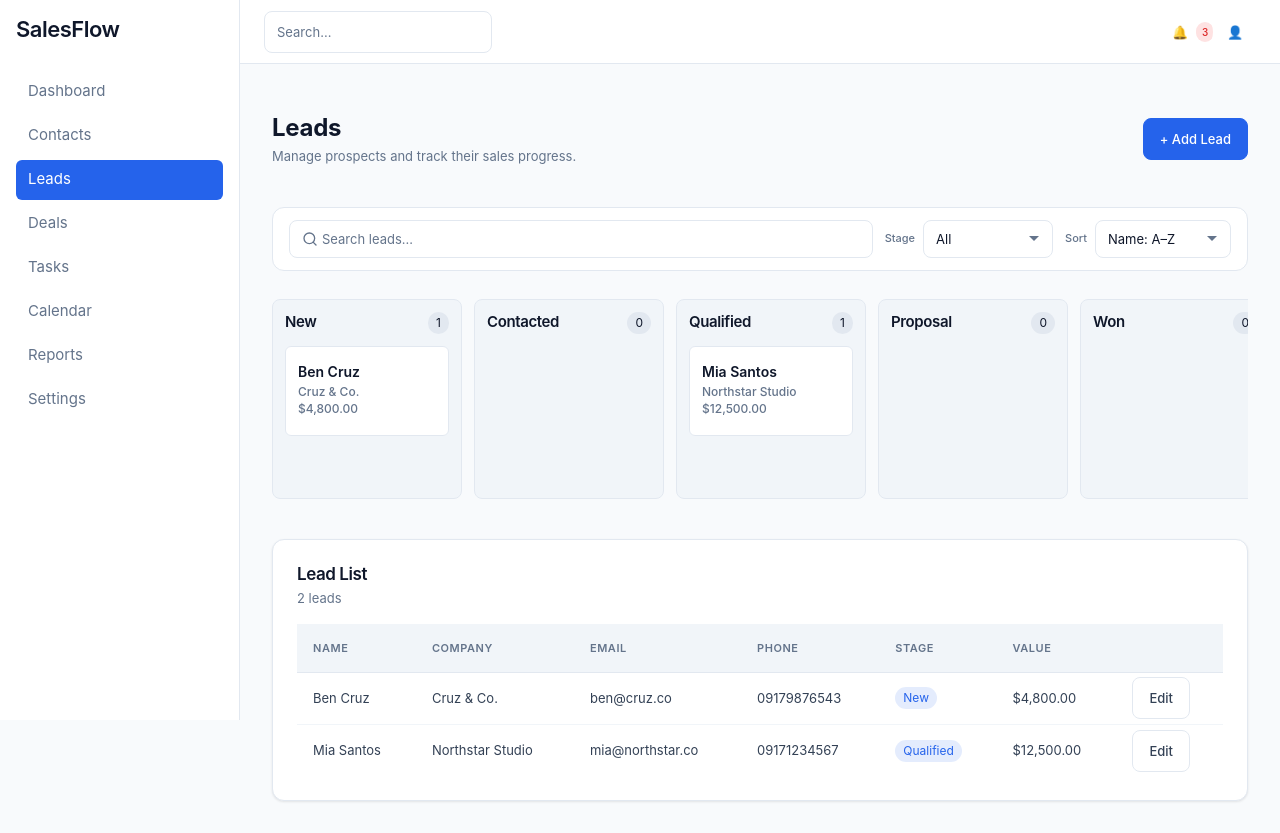
Repository: lawrencegonzaga-dev/salesflow-crm
Page: /leads
These files come from the project's save history. The page is drawn as it stood at one moment and after the next save; the edit follows.
The browser window is 1280 px wide. The pictures show the whole page.
The project was rebuilt for these pictures with package versions that can differ from the ones it lists, and the page was loaded fresh each time. Also part of the build but not shown: vite.config.js, src/components/StatCard.jsx, src/components/DashboardLeads.jsx, src/components/DashboardDeals.jsx, src/components/DashboardTasks.jsx, src/components/RecentActivity.jsx, src/pages/Dashboard.jsx, src/components/ContactForm.jsx and 22 more.

Above is the page before, as saved 2026-08-18 17:16:55.

### index.html
<!doctype html>
<html lang="en">
  <head>
    <meta charset="UTF-8" />
    <link rel="icon" type="image/svg+xml" href="/favicon.svg" />
    <meta name="viewport" content="width=device-width, initial-scale=1.0" />
    <title>salesflow-crm</title>
  </head>
  <body>
    <div id="root"></div>
    <script type="module" src="/src/main.jsx"></script>
  </body>
</html>

### src/main.jsx
/* ========================================================= */
/* FILE: src/main.jsx */
/* ========================================================= */

import { StrictMode } from 'react';
import { createRoot } from 'react-dom/client';

import "./styles/main.css";
import App from './App.jsx';
import { CRMProvider } from "./context/CRMContext.jsx";

createRoot(document.getElementById('root')).render(
    <StrictMode>
        <CRMProvider>
            <App />
        </CRMProvider>
    </StrictMode>,
);

### src/styles/main.css
@import "./reset.css";
@import "./variables.css";
@import "./base.css";
@import "./layout.css";
@import "./utilities.css";

@import "./components/sidebar.css";
@import "./components/header.css";
@import "./components/toolbar.css";
@import "./components/button.css";
@import "./components/form.css";
@import "./components/card.css";
@import "./components/badge.css";
@import "./components/table.css";
@import "./components/modal.css";
@import "./components/kanban.css";
@import "./components/calendar.css";
@import "./components/leads.css";
@import "./components/tab.css";
@import "./components/pagination.css";
@import "./crm.css";

/* main.css */

### src/App.jsx
/* ========================================================= */
/* FILE: src/App.jsx */
/* ========================================================= */

import { BrowserRouter, Routes, Route } from "react-router-dom";

import Dashboard from "./pages/Dashboard";
import Contacts from "./pages/Contacts";
import Leads from "./pages/Leads";
import Deals from "./pages/Deals";
import Tasks from "./pages/Tasks";
import Calendar from "./pages/Calendar";
import Reports from "./pages/Reports";
import Settings from "./pages/Settings";
import AppLayout from "./layouts/AppLayout";

function App() {
    return (
        <BrowserRouter>
            <Routes>
                <Route element={<AppLayout />}>
                    <Route path="/" element={<Dashboard />} />
                    <Route path="/dashboard" element={<Dashboard />} />
                    <Route path="/contacts" element={<Contacts />} />
                    <Route path="/leads" element={<Leads />} />
                    <Route path="/deals" element={<Deals />} />
                    <Route path="/tasks" element={<Tasks />} />
                    <Route path="/calendar" element={<Calendar />} />
                    <Route path="/reports" element={<Reports />} />
                    <Route path="/settings" element={<Settings />} />
                </Route>
            </Routes>
        </BrowserRouter>
    );
}

export default App;

### src/styles/reset.css
*,
*::before,
*::after {
  box-sizing: border-box;
}

html {
  -webkit-text-size-adjust: 100%;
}

body {
  margin: 0;
  background: var(--color-page);
  color: var(--color-text);
  font-family: var(--font-family);
  font-size: 16px;
  line-height: 1.5;

  -webkit-font-smoothing: antialiased;
  text-rendering: optimizeLegibility;
}

#root {
  min-height: 100vh;
}

h1, h2, h3, h4, h5, h6, p {
  margin: 0;
}

img, svg, video {
  display: block;
  max-width: 100%;
}

a {
  color: inherit;
}

### src/styles/utilities.css
.container {
  width: min(100%, var(--content-max-width));
  margin-inline: auto;
}

.visually-hidden {
  position: absolute;
  width: 1px;
  height: 1px;
  padding: 0;
  margin: -1px;
  overflow: hidden;
  clip: rect(0, 0, 0, 0);
  white-space: nowrap;
  border: 0;
}

### src/styles/components/sidebar.css
.app-sidebar {
  width: var(--sidebar-width);
  height: 100vh;

  padding: var(--sidebar-padding);

  display: flex;
  flex-direction: column;

  background: var(--color-surface);
  border-right: 1px solid var(--color-border);
  color: var(--color-text);
}

.app-sidebar h2 {
  margin: 0 0 28px;
  font-size: 22px;
  letter-spacing: -.5px;
}

.sidebar-nav {
  display: flex;
  flex-direction: column;
  gap: 4px;

  overflow-y: auto;
}

.sidebar-nav_item {
  min-height: var(--nav-item-height);

  display: flex;
  align-items: center;

  padding: var(--nav-item-padding);
  gap: var(--nav-item-gap);

  color: var(--color-text-muted);
  text-decoration: none;
  border-radius: var(--radius-sm);

  transition: background var(--transition-fast), color var(--transition-fast);
}

.sidebar-nav_item:hover {
  background: var(--color-surface-muted);
  color: var(--color-text);
}

.sidebar-nav_item.active {
  background: var(--color-action);
  color: white;
}

### src/styles/components/header.css
.app-header {
  height: var(--header-height);

  display: flex;
  align-items: center;
  justify-content: space-between;

  padding: var(--header-padding);

  background: var(--color-surface);
  border-bottom: 1px solid var(--color-border);
  color: var(--color-text);
}

.app-header_left,
.app-header_right {
  display: flex;
  align-items: center;
  gap: var(--header-item-gap);
}

.menu-button {
  display: none;
}

@media (max-width: 768px) {
  .app-header {
    padding: 0 16px;
  }

  .app-header_right {
    display: none;
  }

  .menu-button {
    display: inline-grid;
    width: 40px;
    height: 40px;
    place-items: center;
    padding: 0;
    font-size: 20px;
    border-radius: var(--radius-sm);
  }
}
/* header.css */

### src/styles/components/toolbar.css
/* ========================================================= */
/* FILE: src/styles/components/toolbar.css */
/* ========================================================= */

.toolbar {
  display: flex;
  flex-wrap: wrap;
  align-items: center;
  gap: var(--space-3);
  padding: var(--space-3) var(--space-4);
  background: var(--color-surface);
  border: 1px solid var(--color-border);
  border-radius: var(--radius-lg);
}

.toolbar .search-field {
  flex: 1 1 260px;
  min-width: 160px;
}

.toolbar .search-field input {
  min-height: 38px;
  height: 38px;
  padding-left: var(--space-8);
  background-image: url("data:[embedded picture, 278 characters]");
  background-repeat: no-repeat;
  background-position: var(--space-3) center;
  background-size: 16px;
}

.toolbar .filter-group {
  display: flex;
  align-items: center;
  gap: var(--space-2);
}

.toolbar .filter-group label {
  font-size: var(--text-xs);
  font-weight: var(--font-weight-medium);
  color: var(--color-text-muted);
  white-space: nowrap;
}

.toolbar select {
  min-height: 38px;
  height: 38px;
  min-width: 130px;
}

/* ================================
   TOOLBAR VARIANTS
   ================================ */

.toolbar--compact {
  padding: var(--space-2) var(--space-3);
  gap: var(--space-2);
}

.toolbar--compact select {
  min-height: 34px;
  height: 34px;
  min-width: 110px;
  font-size: var(--text-xs);
}

.toolbar--compact .search-field input {
  min-height: 34px;
  height: 34px;
  font-size: var(--text-xs);
}

/* ================================
   PAGE TOOLBAR
   ================================ */

.page-toolbar {
  display: flex;
  align-items: center;
  justify-content: space-between;
  gap: var(--space-4);
  flex-wrap: wrap;
}

.page-toolbar-left,
.page-toolbar-right {
  display: flex;
  align-items: center;
  gap: var(--space-3);
  flex-wrap: wrap;
}

/* ================================
   RESPONSIVE
   ================================ */

@media (max-width: 768px) {
  .toolbar {
    flex-direction: column;
    align-items: stretch;
  }

  .toolbar .search-field {
    flex: 1 1 auto;
    min-width: auto;
  }

  .toolbar .filter-group {
    flex-wrap: wrap;
  }

  .toolbar select {
    flex: 1 1 auto;
    min-width: auto;
  }

  .page-toolbar {
    flex-direction: column;
    align-items: stretch;
  }

  .page-toolbar-left,
  .page-toolbar-right {
    flex-wrap: wrap;
  }
}

/* toolbar.css */

### src/styles/components/badge.css
/* ========================================================= */
/* FILE: src/styles/components/badge.css */
/* ========================================================= */

.badge {
  display: inline-flex;
  align-items: center;
  gap: var(--space-1);
  min-height: 24px;
  padding: 0 var(--space-2-5);
  font-size: var(--text-xs);
  font-weight: var(--font-weight-medium);
  line-height: 1;
  border-radius: var(--radius-full);
  white-space: nowrap;
  transition: all var(--transition-fast);
}

/* ================================
   BADGE VARIANTS
   ================================ */

.badge--primary {
  color: var(--color-action);
  background: var(--color-action-light);
}

.badge--success {
  color: var(--color-success);
  background: var(--color-success-light);
}

.badge--warning {
  color: var(--color-warning);
  background: var(--color-warning-light);
}

.badge--danger {
  color: var(--color-danger);
  background: var(--color-danger-light);
}

.badge--info {
  color: var(--color-info);
  background: var(--color-info-light);
}

.badge--neutral {
  color: var(--color-text-muted);
  background: var(--color-surface-muted);
}

.badge--dark {
  color: var(--color-text-inverse);
  background: var(--color-text);
}

/* ================================
   BADGE SIZES
   ================================ */

.badge--sm {
  min-height: 20px;
  padding: 0 var(--space-1-5);
  font-size: 10px;
}

.badge--lg {
  min-height: 28px;
  padding: 0 var(--space-3-5);
  font-size: var(--text-sm);
}

/* ================================
   DOT BADGE
   ================================ */

.badge--dot {
  padding-left: var(--space-1-5);
}

.badge--dot::before {
  content: "";
  display: inline-block;
  width: 6px;
  height: 6px;
  border-radius: 50%;
  margin-right: var(--space-1);
}

.badge--primary.badge--dot::before {
  background: var(--color-action);
}

.badge--success.badge--dot::before {
  background: var(--color-success);
}

.badge--warning.badge--dot::before {
  background: var(--color-warning);
}

.badge--danger.badge--dot::before {
  background: var(--color-danger);
}

/* ================================
   BADGE WITH COUNT
   ================================ */

.badge--count {
  min-width: 24px;
  justify-content: center;
  padding: 0 var(--space-1-5);
  border-radius: var(--radius-full);
  font-size: var(--text-xs);
  font-weight: var(--font-weight-bold);
}

/* badge.css */

### src/styles/components/calendar.css
.calendar {
  width: 100%;
  min-width: 700px;
  border: 1px solid var(--color-border);
  border-radius: var(--radius-md);
  overflow: hidden;
}

.calendar_header {
  min-height: 48px;
  display: grid;
  grid-template-columns: repeat(7, 1fr);

  border: 1px solid var(--color-border);
}

.calendar_day-name {
  min-height: 48px;

  display: flex;
  align-items: center;
  justify-content: center;

  padding-inline: 8px;

  font-size: 12px;
  font-weight: 600;
  color: var(--color-text-muted);
}

.calendar_grid {
  display: grid;
  grid-template-columns: repeat(7, 1fr);
}

.calendar_day {
  min-height: 100px;
  padding: 8px;

  border-right: 1px solid var(--color-border);
  border-left: 1px solid var(--color-border);
  border-bottom: 1px solid var(--color-border);

  transition: background var(--transition-fast);
}

.calendar_day:hover {
  background: var(--color-surface-muted);
}

.calendar_date {
  font-size: 14px;
}

.calendar-toolbar {
  display: flex;
  align-items: center;
  justify-content: space-between;
  gap: 16px;
}

.calendar-toolbar__actions {
  display: flex;
  flex-wrap: wrap;
  align-items: center;
  gap: 8px;
}

.calendar-month {
  min-width: 150px;
  text-align: center;
}

.calendar_day--outside {
  background: var(--color-surface-muted);
  color: var(--color-text-muted);
}

.calendar_day--today .calendar_date {
  display: inline-grid;
  width: 24px;
  height: 24px;
  place-items: center;
  color: #fff;
  background: var(--color-action);
  border-radius: 50%;
}

.calendar_day-events {
  display: grid;
  gap: 4px;
  margin-top: 7px;
}

.calendar-event {
  display: flex;
  overflow: hidden;
  align-items: center;
  border-radius: 4px;
  font-size: 11px;
}

.calendar-event__title {
  flex: 1;
  min-width: 0;
  height: auto;
  padding: 3px 5px;
  overflow: hidden;
  text-align: left;
  text-overflow: ellipsis;
  white-space: nowrap;
  border: 0;
  border-radius: 0;
}

.calendar-event__delete {
  min-height: 20px;
  padding: 0 4px;
  border: 0;
  border-radius: 0;
}

.calendar-event__delete:hover {
  color: var(--color-danger);
}

.calendar-event--task {
  background: color-mix(in srgb, var(--color-action) 20%, white);
}

.calendar-event--deal {
  background: color-mix(in srgb, var(--color-success) 20%, white);
}

.calendar-event--event {
  background: color-mix(in srgb, #a855f7 20%, white);
}

@media (max-width: 768px) {
  .calendar-toolbar {
    align-items: flex-start;
    flex-direction: column;
  }

  .calendar {
    overflow-x: auto;
  }
}

### src/styles/components/leads.css
.lead-pipeline {
  display: grid;
  grid-template-columns: repeat(6, minmax(190px, 1fr));
  gap: 12px;
  overflow-x: auto;
  padding: 4px 0 16px;
}

.lead-pipeline__stage {
  min-width: 190px;
  background: var(--color-surface-muted);
  border: 1px solid var(--color-border);
  border-radius: var(--radius-md);
  padding: 12px;
   min-height: 200px;
}

.lead-pipeline__stage header {
  display: flex;
  align-items: center;
  justify-content: space-between;
}

.lead-pipeline__stage h2 {
  font-size: 15px;
  margin: 0;
}

.lead-pipeline__stage header span {
  border-radius: var(--radius-full);
  background: var(--color-border);
  padding: 2px 8px;
  font-size: 12px;
}

.lead-pipeline__items {
  display: grid;
  gap: 8px;
  margin-top: 12px;
}

.lead-pipeline__card {
  display: block;
  width: 100%;
  text-align: left;
  padding: 12px;
  min-height: 90px;
  background: var(--color-surface);
  border: 1px solid var(--color-border);
  border-radius: var(--radius-sm);
  cursor: pointer;
  color: inherit;
  transition: border-color var(--transition-fast);
}

.lead-pipeline__card:hover,
.lead-pipeline__card:focus-visible {
  border-color: var(--color-action);
  outline: none;
}

.lead-pipeline__card h3 {
  margin: 0 0 4px;
  font-size: 14px;
}

.lead-pipeline__card p {
  font-size: 12px;
  margin: 2px 0;
  color: var(--color-text-muted);
}

.lead-table-wrap {
  overflow-x: auto;
}

.lead-table__empty {
  padding: 32px;
  text-align: center;
  color: var(--color-text-muted);
}

.lead-stage {
  display: inline-block;
  border-radius: var(--radius-full);
  background: color-mix(in srgb, var(--color-action) 12%, transparent);
  color: var(--color-action);
  padding: 2px 8px;
  font-size: 12px;
}
/* leads.css */

### src/styles/components/tab.css
.tabs {
    display: flex;
    gap: 24px;
    border-bottom: 1px solid var(--color-border);
    margin-bottom: 24px;
}

.tab {
    position: relative;

    padding: 12px 4px;

    border: 0;
    background: transparent;

    color: var(--color-text-muted);
    font: inherit;
    font-weight: 500;

    cursor: pointer;
}

.tab--active {
    color: var(--color-text);
}

.tab--active::after {
    content: "";

    position: absolute;
    left: 0;
    right: 0;
    bottom: -1px;

    height: 2px;

    background: currentColor;
}

.tab-count {
    margin-left: 8px;
    font-size: 0.875rem;
}

### src/styles/components/pagination.css
.pagination {
    display: flex;
    align-items: center;
    justify-content: space-between;

    padding: 16px 0 0;
    margin-top: 16px;

    border-top: 1px solid var(--color-border);
}

.pagination-pages {
    display: flex;
    gap: 4px;
}

.pagination-page {
    min-width: 36px;
    height: 36px;

    border: 1px solid var(--color-border);
    border-radius: var(--radius-md);

    background: transparent;

    cursor: pointer;
}

.pagination-page--active {
    background: var(--color-primary);
    color: white;
}

.pagination button:disabled {
    opacity: 0.5;
    cursor: not-allowed;
}

### src/layouts/AppLayout.jsx
/* ========================================================= */
/* FILE: src/layouts/AppLayout.jsx */
/* ========================================================= */

import { useState } from "react";
import { Outlet } from "react-router-dom";

import Sidebar from "../components/Sidebar";
import Header from "../components/Header";

function AppLayout() {
    const [isNavigationOpen, setIsNavigationOpen] = useState(false);

    return (
        <div className="app-layout">
            <Sidebar
                isOpen={isNavigationOpen}
                onNavigate={() => setIsNavigationOpen(false)}
            />

            <Header
                isNavigationOpen={isNavigationOpen}
                onMenuToggle={() => setIsNavigationOpen((isOpen) => !isOpen)}
            />

            <main className="app-main">
                <div className="app-main-content">
                    <Outlet />
                </div>
            </main>

            {isNavigationOpen && (
                <button
                    className="navigation-backdrop"
                    type="button"
                    aria-label="Close navigation"
                    onClick={() => setIsNavigationOpen(false)}
                />
            )}
        </div>
    );
}

export default AppLayout;

### src/components/LeadTable.jsx
import LeadRow from "./LeadRow";

function LeadTable({ leads, onDeleteLead, onEditLead }) {
    return <div className="lead-table-wrap"><table className="table"><thead><tr><th>Name</th><th>Company</th><th>Email</th><th>Phone</th><th>Stage</th><th>Value</th><th aria-label="Actions" /></tr></thead><tbody>{leads.length ? leads.map((lead) => <LeadRow key={lead.id} lead={lead} onDeleteLead={onDeleteLead} onEditLead={onEditLead} />) : <tr><td className="lead-table__empty" colSpan="7">No leads match your search or filter.</td></tr>}</tbody></table></div>;
}

export default LeadTable;

### src/components/LeadPipeline.jsx
const stages = ["New", "Contacted", "Qualified", "Proposal", "Won", "Lost"];

function LeadPipeline({ leads, onEditLead }) {
  return (
    <div className="lead-pipeline">
      {stages.map((stage) => {
        const stageLeads = leads.filter((lead) => lead.stage === stage);

        return (
          <section className="lead-pipeline__stage" key={stage}>
            <header>
              <h2>{stage}</h2>
              <span>{stageLeads.length}</span>
            </header>

            <div className="lead-pipeline__items">
              {stageLeads.map((lead) => (
                <button
                  type="button"
                  className="lead-pipeline__card"
                  key={lead.id}
                  onClick={() => onEditLead(lead)}
                  title={`Edit ${lead.name}`}
                >
                  <h3>{lead.name}</h3>
                  <p>{lead.company}</p>
                  <p>
                    {Number(lead.value || 0).toLocaleString(undefined, {
                      style: "currency",
                      currency: "USD",
                    })}
                  </p>
                </button>
              ))}
            </div>
          </section>
        );
      })}
    </div>
  );
}

export default LeadPipeline;

### src/components/Sidebar.jsx
import { NavLink } from "react-router-dom";
import navigation from "../data/navigation";

function Sidebar({ isOpen, onNavigate }) {
    return (
        <aside className={`app-sidebar ${isOpen ? "app-sidebar--open" : ""}`}>
            <h2>SalesFlow</h2>

            <nav className="sidebar-nav">
                {navigation.map((item) => (
                    <NavLink
                        key={item.path}
                        to={item.path}
                        className="sidebar-nav_item"
                        onClick={onNavigate}
                    >
                        {item.label}
                    </NavLink>
                ))}
            </nav>
        </aside>
    );
}

export default Sidebar;

### src/components/Header.jsx
/* ========================================================= */
/* FILE: src/components/Header.jsx */
/* ========================================================= */

import { useState } from "react";

function Header({ isNavigationOpen, onMenuToggle }) {
    const [searchQuery, setSearchQuery] = useState("");

    return (
        <header className="app-header">
            <div className="app-header-left">
                <button
                    className="menu-button"
                    type="button"
                    aria-label="Toggle navigation"
                    aria-expanded={isNavigationOpen}
                    onClick={onMenuToggle}
                >
                    ☰
                </button>

                <div className="header-search">
                    <input
                        type="text"
                        placeholder="Search..."
                        value={searchQuery}
                        onChange={(e) => setSearchQuery(e.target.value)}
                        className="header-search-input"
                    />
                </div>
            </div>

            <div className="app-header-right">
                <button className="button button--ghost button--icon" aria-label="Notifications">
                    🔔
                    <span className="badge badge--danger badge--sm">3</span>
                </button>
                <button className="button button--ghost button--icon" aria-label="Profile">
                    👤
                </button>
            </div>
        </header>
    );
}

export default Header;

### src/components/LeadRow.jsx
function LeadRow({ lead, onDeleteLead, onEditLead }) {
    const value = Number(lead.value || 0).toLocaleString(undefined, {
        style: "currency",
        currency: "USD",
    });

    return (
        <tr>
            <td>{lead.name}</td>
            <td>{lead.company}</td>
            <td>{lead.email}</td>
            <td>{lead.phone || "—"}</td>
            <td>
                <span className="lead-stage">
                    {lead.stage}
                </span>
            </td>
            <td>{value}</td>
            <td>
                <button
                    type="button"
                    onClick={() => onEditLead(lead)}
                >
                    Edit
                </button>

                {/* <button
                    type="button"
                    onClick={() => onDeleteLead(lead.id)}
                >
                    Delete
                </button> */}
            </td>
        </tr>
    );
}

export default LeadRow;

Loaded but not shown: src/data/navigation.js (48 lines, source omitted); src/context/CRMContext.jsx (453 lines, source omitted); src/styles/crm.css (441 lines, source omitted); src/styles/variables.css (230 lines, source omitted); src/pages/Leads.jsx (161 lines, source omitted); src/styles/components/modal.css (221 lines, source omitted); src/styles/components/form.css (194 lines, source omitted); src/styles/layout.css (206 lines, source omitted); src/styles/components/button.css (158 lines, source omitted); src/styles/components/table.css (162 lines, source omitted); src/styles/base.css (167 lines, source omitted); src/styles/components/card.css (154 lines, source omitted); src/styles/components/kanban.css (161 lines, source omitted)

After the next save:
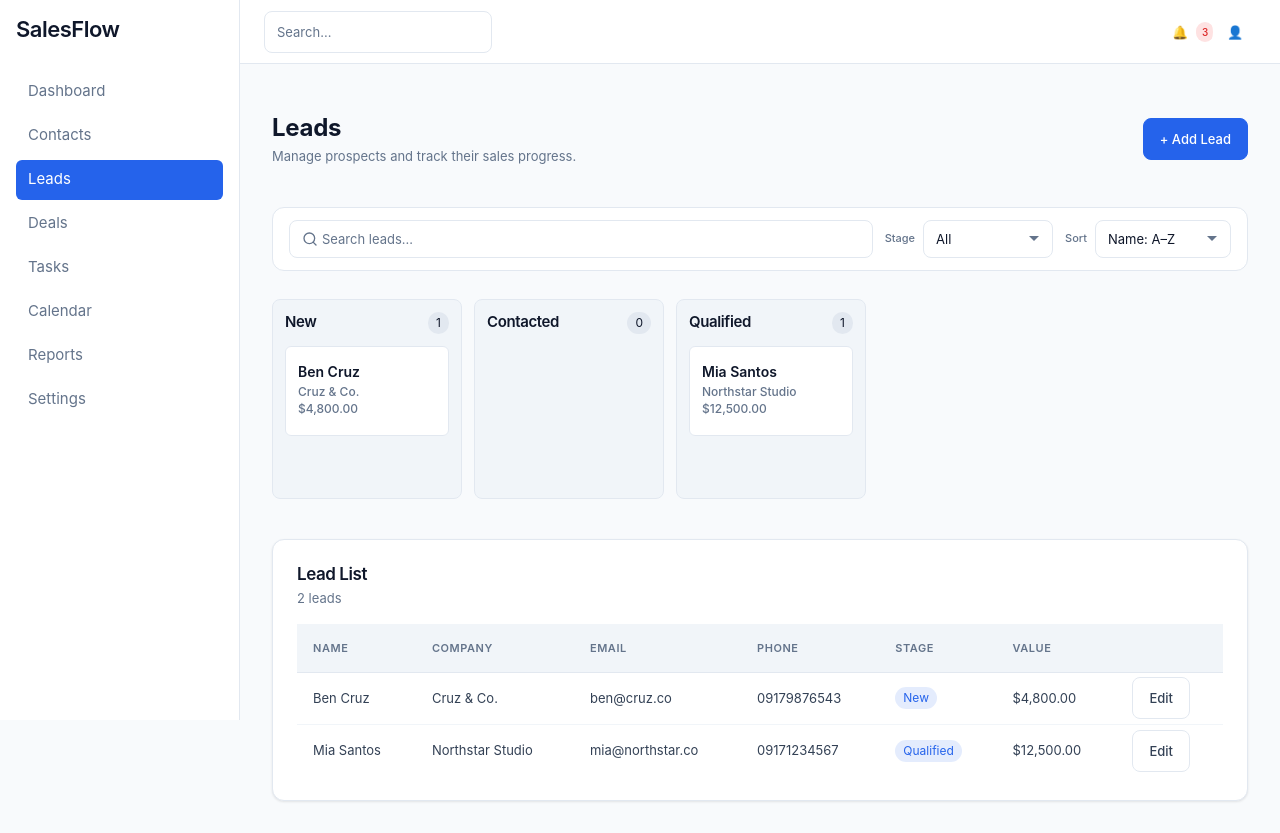
Saved 77 min 44 s later.
--- a/src/components/LeadPipeline.jsx
+++ b/src/components/LeadPipeline.jsx
@@ -1,4 +1,4 @@
-const stages = ["New", "Contacted", "Qualified", "Proposal", "Won", "Lost"];
+const stages = ["New", "Contacted", "Qualified"];
 
 function LeadPipeline({ leads, onEditLead }) {
   return (
